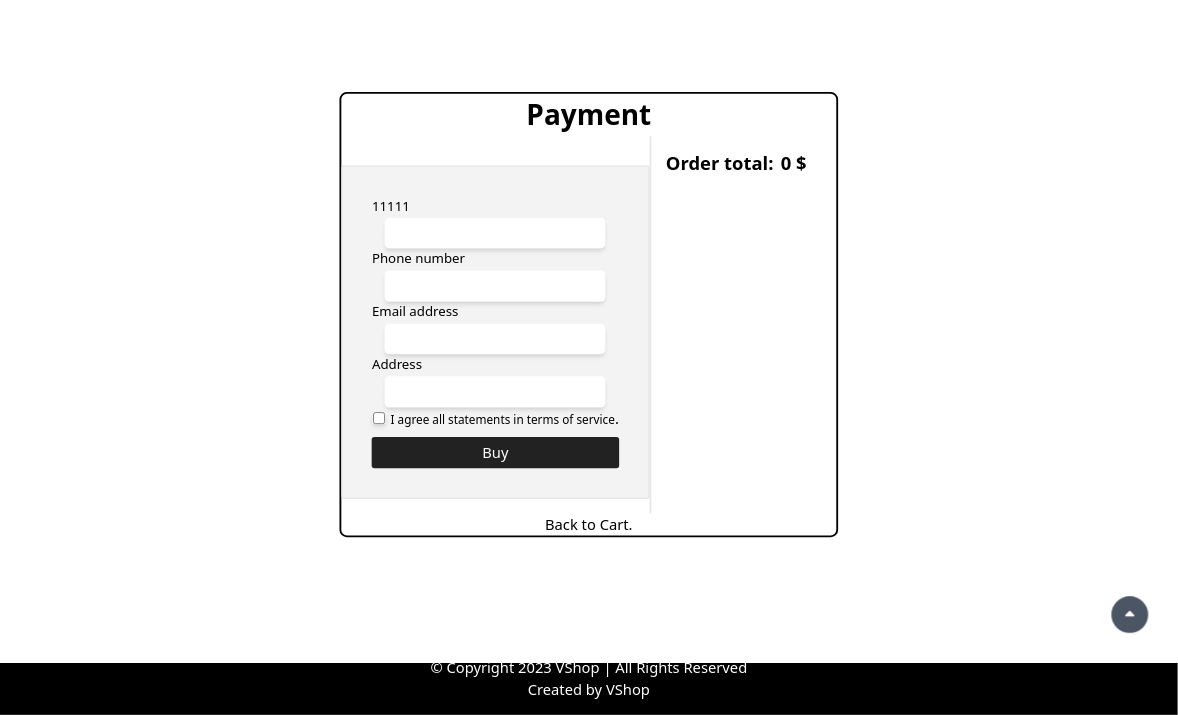
Repository: Kith933UTH/VSHOP
Page: /payment
An editor plug-in stored every save of this project. The page is shown before and after the next save, followed by the edit.
The browser window is 1280 px wide. The pictures show the whole page, at 92% of full size.
Pictures or frames that could not be fetched are drawn as grey boxes. The project was rebuilt for these pictures with package versions that can differ from the ones it lists, and the page was loaded fresh each time. Also part of the build but not shown: src/components/product-item/ProductItem.js, src/components/loader/Loader.js, src/constants/constants.js, src/components/product-filters/Category.js, src/components/product-filters/Price.js, src/components/product-filters/Rating.js, src/components/product-filters/ProductFilters.js, src/components/cart-shopping/CartEmpty.js and 20 more.

Above is the page before, as saved 2023-08-04 22:11:36.

After the next save:
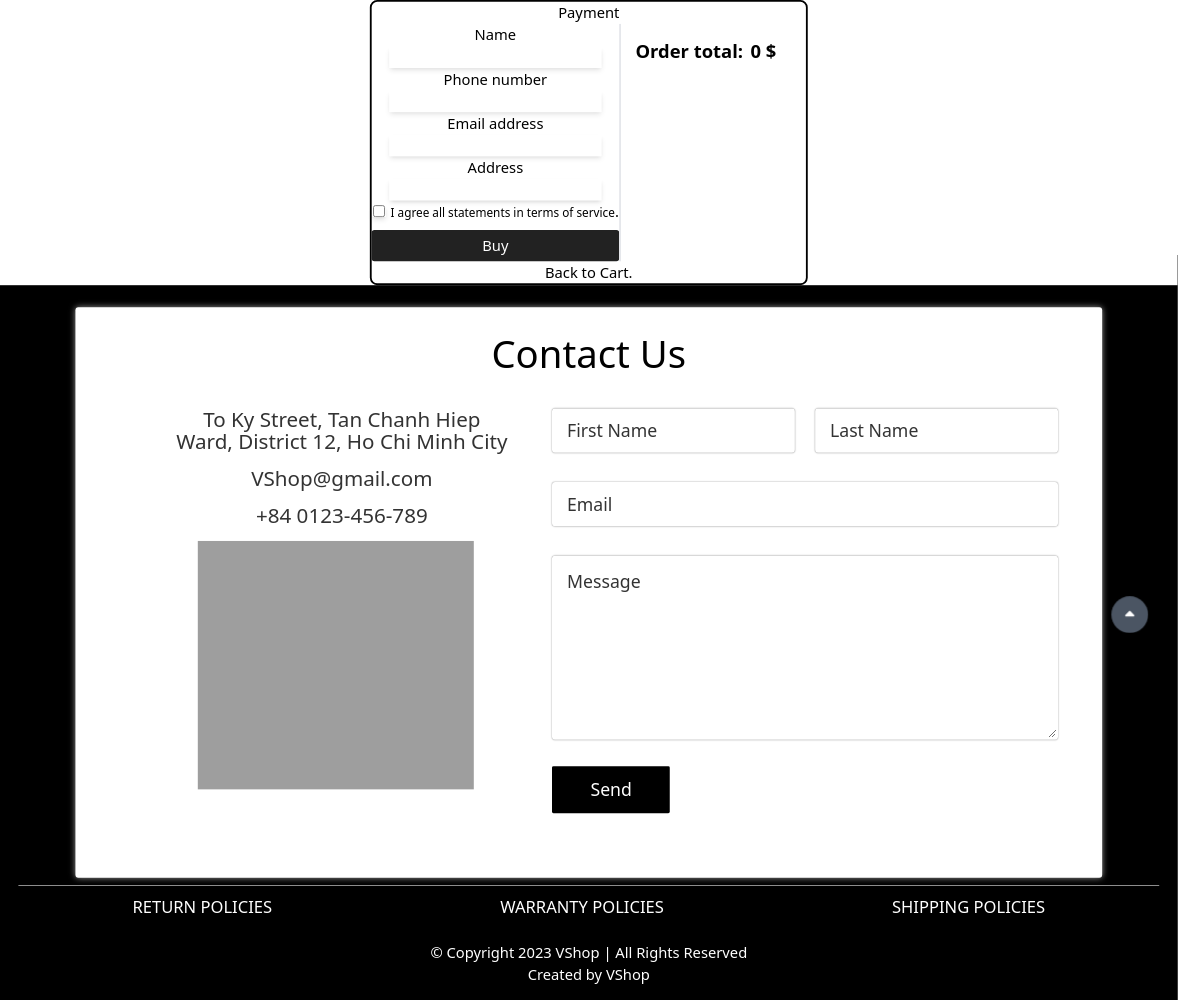
Saved 66 s later.
--- a/src/components/payment/Payment.js
+++ b/src/components/payment/Payment.js
@@ -10,13 +10,13 @@
         return Math.round(price * 0.9 * 100) / 100
     }
     return (
-        <div className="register-page text-center m-5-auto flex justify-center">
+        <div className=" text-center m-5-auto flex justify-center">
             <div className="border-2 rounded-lg border-black w-max h-fit">
             <h2>Payment</h2>
             <div className="flex flex-row justify-center">
                 <form className="border-none bg-none m-0" action="/success">
                     <p>
-                        <label>11111</label><br/>
+                        <label>Name</label><br/>
                         <input className='shadow-md' type="text" name="name" required />
                     </p>
                     <p>

After the save that followed:
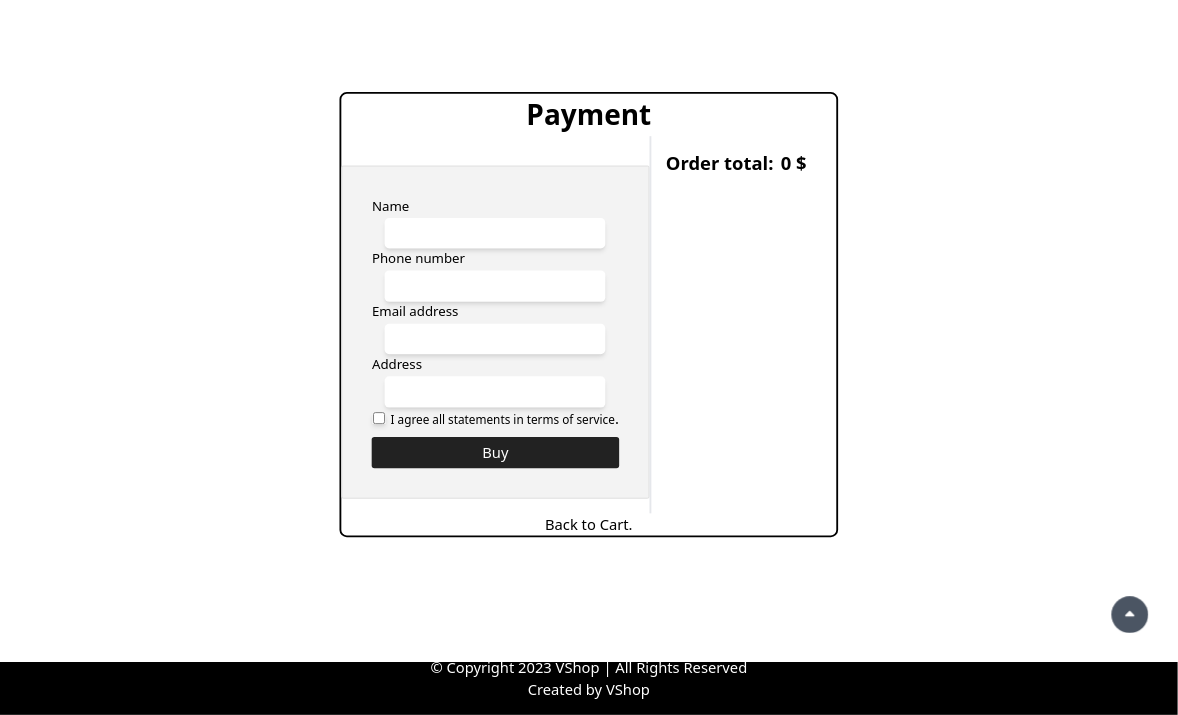
Saved 9 s later.
--- a/src/components/payment/Payment.js
+++ b/src/components/payment/Payment.js
@@ -10,7 +10,7 @@
         return Math.round(price * 0.9 * 100) / 100
     }
     return (
-        <div className=" text-center m-5-auto flex justify-center">
+        <div className="register-page text-center m-5-auto flex justify-center">
             <div className="border-2 rounded-lg border-black w-max h-fit">
             <h2>Payment</h2>
             <div className="flex flex-row justify-center">
